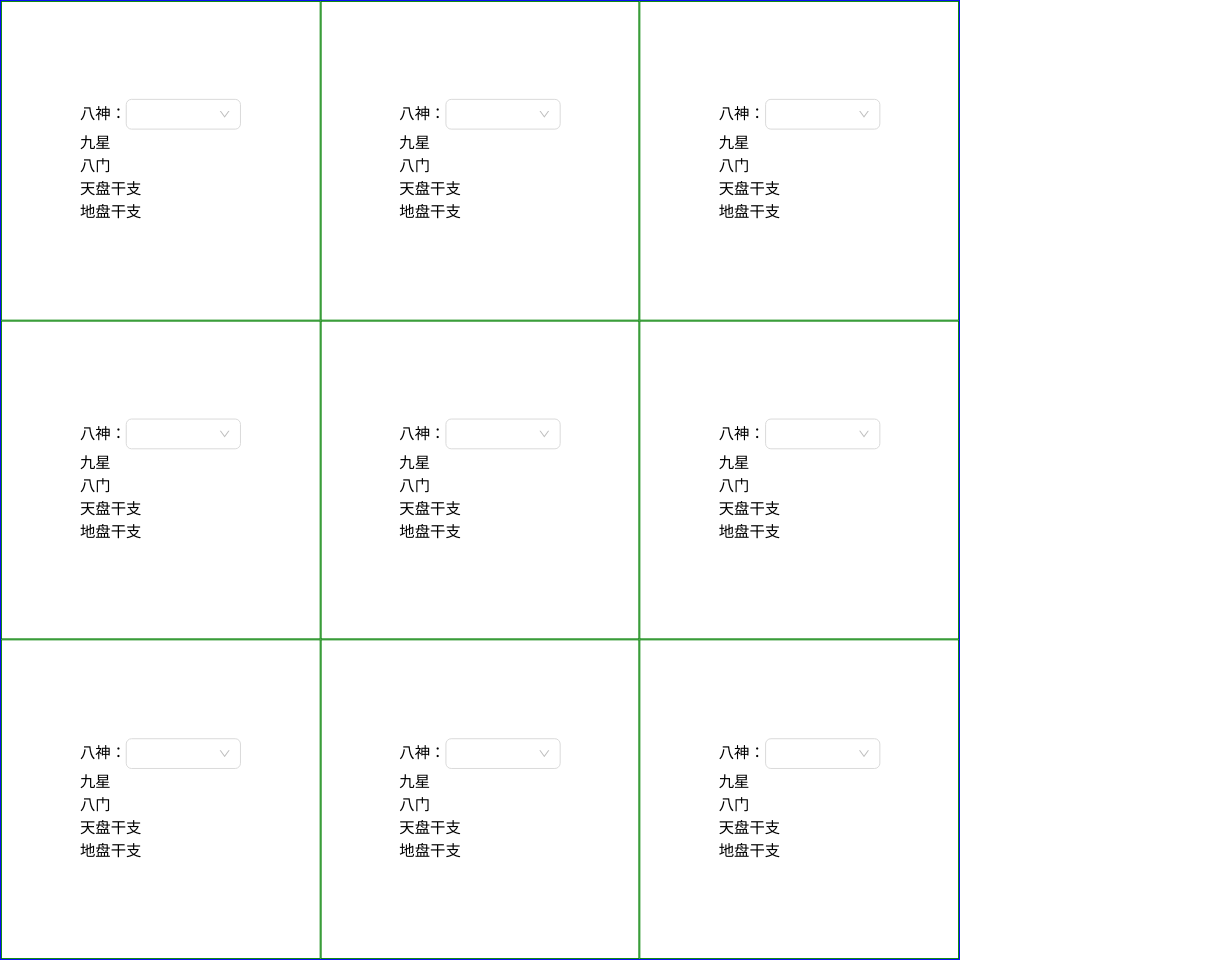
Repository: DaozhangChen/qiMen
Page: /
These files come from the project's save history. The page is drawn as it stood at one moment and after the next save; the edit follows.
The browser window is 1280 px wide. The pictures show the whole page, at 96% of full size.
The project was rebuilt for these pictures with package versions that can differ from the ones it lists, and the page was loaded fresh each time. Also part of the build but not shown: vite.config.js.

Above is the page before, as saved 2024-04-04 18:25:45.

After the next save:
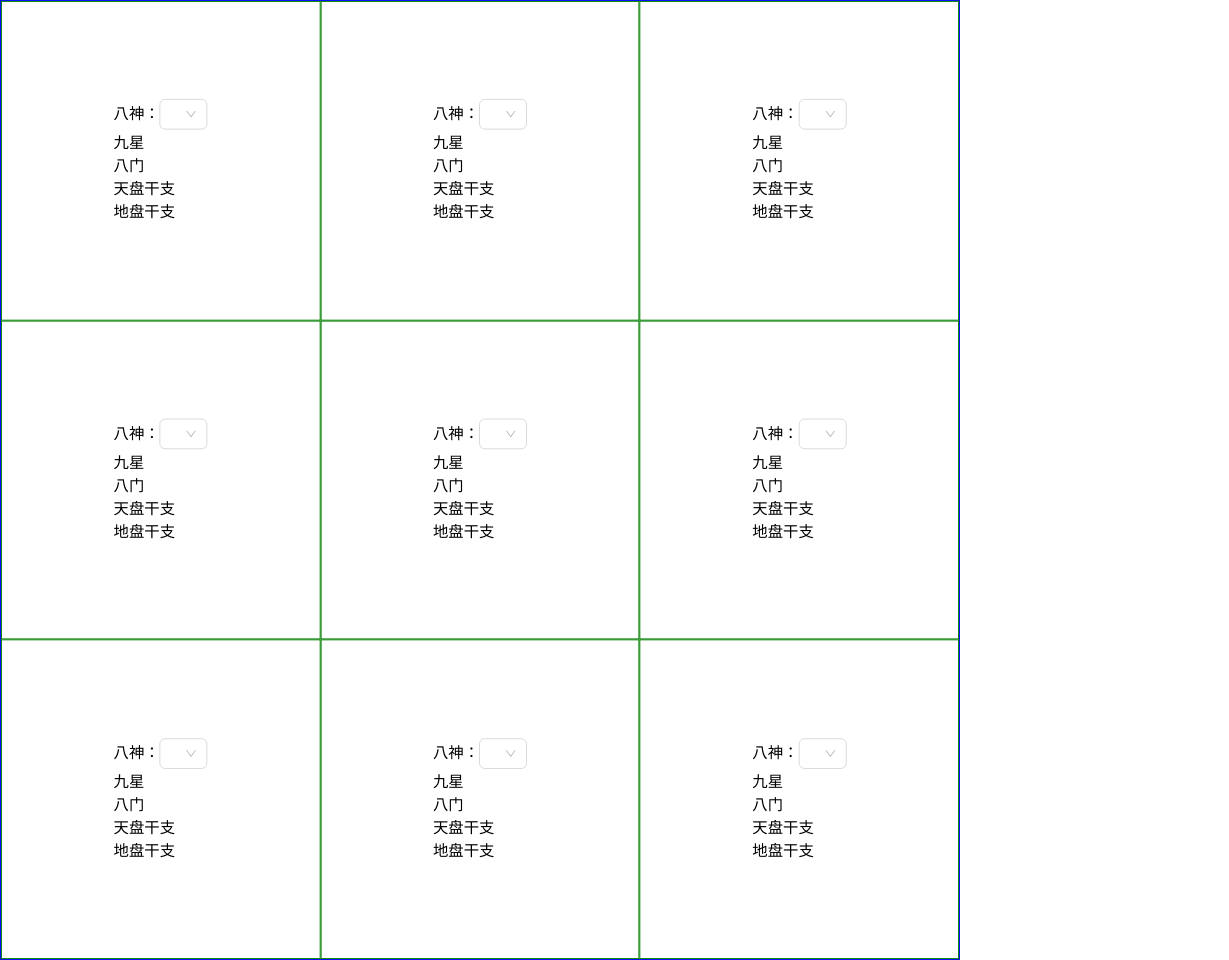
Saved 15 s later.
--- a/src/compoment/eightGod.jsx
+++ b/src/compoment/eightGod.jsx
@@ -10,7 +10,7 @@ const EightGod = () => {
     })
     return (
         <>
-            <Select style={{ width: 120 }} options={option} />
+            <Select style={{ width: 50 }} options={option} />
         </>
     )
 }
